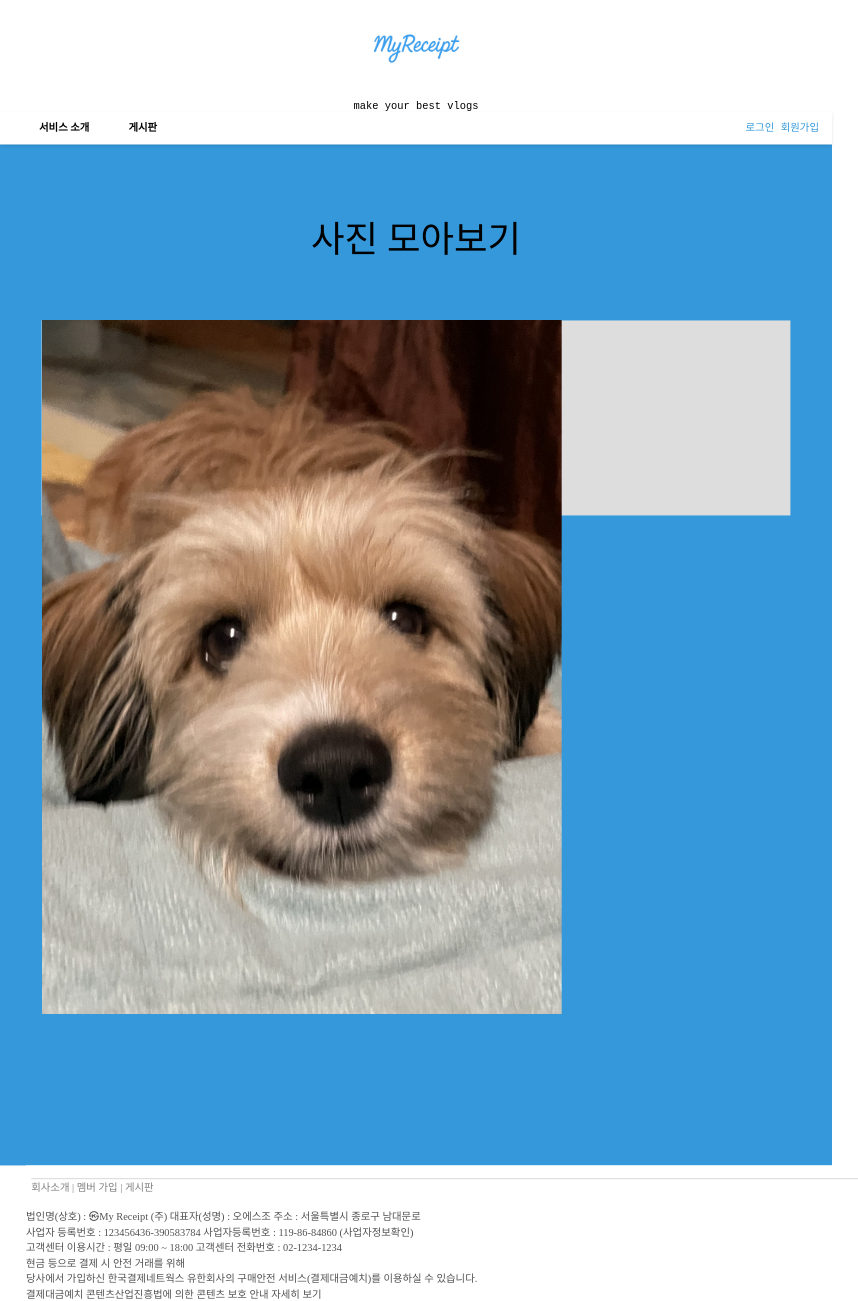
Repository: shong69/mini-project
Page: http://localhost/myReceipt2/index
These files come from the project's save history. The page is drawn as it stood at one moment and after the next save; the edit follows.
The browser window is 1280 px wide. The page is 1320 px wide, so the pictures cover 1320 px, including what lies to the right of the window. The pictures show the whole page, at 65% of full size.
Some web fonts or font styles are not loaded; a fallback is used. The page is served by Tomcat 10. Other server files are loaded and not shown.

Above is the page before, as saved 2025-05-07 01:40:14.

### jspProject/myReceipt2/src/main/webapp/WEB-INF/views/index.jsp
<%@ page language="java" contentType="text/html; charset=UTF-8"
    pageEncoding="UTF-8"%>
<!DOCTYPE html>
<html>
<head>
<meta charset="UTF-8">
<title>My Receipt</title>
<link rel="stylesheet" type="text/css" href="resources/css/main.css">
<link rel="stylesheet" type="text/css" href="//cdn.jsdelivr.net/npm/slick-carousel@1.8.1/slick/slick.css"/>
<style rel="stylesheet">
img{
	width:800px;
}
</style>
<script type="text/javascript" src="resources/js/jquery-3.1.1.min.js"></script>
<script type="text/javascript" src="//cdn.jsdelivr.net/npm/slick-carousel@1.8.1/slick/slick.min.js"></script>
<script type="text/javascript">
$(function(){
	$('#carousel').slick({
		  dots: false,
		  infinite: true,
		  speed: 500,
		  fade: true,
		  cssEase: 'linear',
		  prevArrow:false,
		  nextArrow:false
	});
});

</script>
</head>
<body>
	<jsp:include page="/WEB-INF/views/common/header.jsp"></jsp:include>
	<main>
		<div class="section-title">사진 모아보기</div>
		<!-- 캐러셀 하나 두기 -->
		<div id="carousel">
			<div><img src="resources/imgs/carousel1.jpg"></div>
			<div><img src="resources/imgs/carousel2.jpg"></div>
			<div><img src="resources/imgs/carousel3.jpg"></div>
			<div><img src="resources/imgs/carousel4.jpg"></div>
		</div>
		<div style="height:1000px;"></div>
	</main>
	<jsp:include page="/WEB-INF/views/common/footer.jsp"></jsp:include>
</body>
</html>

### jspProject/myReceipt2/src/main/webapp/WEB-INF/views/common/header.jsp
<%@ page language="java" contentType="text/html; charset=UTF-8"
    pageEncoding="UTF-8"%>
<%@ taglib prefix="c" uri="http://java.sun.com/jsp/jstl/core" %>
	<div id="header">
		<a href="/myReceipt2/index"><img src="resources/imgs/logo.png" style="width:150px;"/></a>
		<p style="font-family: 'Courier New', Courier, monospace;">make your best vlogs</p>
	</div>
	<div id="nav-bar">
		<div id="menu">
			<a href="/myReceipt2/intro">서비스 소개</a>
			<a href="/myReceipt2/board">게시판</a>
		</div>
		<div id="loginSt">
			<c:choose>
				<c:when test="${not empty sessionScope.loginMember}">
					<p>${sessionScope.loginMember.nickName}님이 로그인 중</p>
					<a href="/myReceipt2/logout">로그아웃</a>

				</c:when>
				<c:otherwise>
					<a href="/myReceipt2/login">로그인</a>
					<a href="/myReceipt2/signup">회원가입</a>
				</c:otherwise>
			</c:choose>
		</div>

	</div>

### jspProject/myReceipt2/src/main/webapp/WEB-INF/views/common/footer.jsp
<%@ page language="java" contentType="text/html; charset=UTF-8"
    pageEncoding="UTF-8"%>
	<footer class="footer">
	    <section>
	        <div class="footer-nav">
	            <a href="/">회사소개 |</a>
	            <a href="/signup">멤버 가입 |</a>
	            <a href="/">게시판</a>
	        </div>
	    </section>
	    <section>
	        <div>
	            법인명(상호) : ㉿My Receipt (주) 대표자(성명) : 오에스조 주소 : 서울특별시 종로구 남대문로 <br>
	            사업자 등록번호 : 123456436-390583784  사업자등록번호 : 119-86-84860 (사업자정보확인)<br>
	            고객센터 이용시간 : 평일 09:00 ~ 18:00  고객센터 전화번호 : 02-1234-1234
	        </div>

	        <div>
	            현금 등으로 결제 시 안전 거래를 위해<br>
	            당사에서 가입하신 한국결제네트웍스 유한회사의 구매안전 서비스(결제대금예치)를 이용하실 수 있습니다.<br>
	            결제대금예치 콘텐츠산업진흥법에 의한 콘텐츠 보호 안내 자세히 보기
	        </div>
	    </section>
	</footer>

### jspProject/myReceipt2/src/main/java/com/project/jsp/controller/IndexController.java
package com.project.jsp.controller;

import java.io.IOException;

import jakarta.servlet.ServletException;
import jakarta.servlet.http.HttpServlet;
import jakarta.servlet.http.HttpServletRequest;
import jakarta.servlet.http.HttpServletResponse;

public class IndexController extends HttpServlet{
	@Override
	protected void doGet(HttpServletRequest req, HttpServletResponse resp) throws ServletException, IOException {
        String path = req.getServletPath(); // 요청 URL 패턴을 얻음

        if ("/index".equals(path)) {
        	req.getRequestDispatcher("/WEB-INF/views/index.jsp").forward(req, resp);
        } else if ("/intro".equals(path)) {
        	req.getRequestDispatcher("/WEB-INF/views/intro.jsp").forward(req, resp);
        } else {
        	resp.sendError(HttpServletResponse.SC_NOT_FOUND);
        }
	}

}

### jspProject/myReceipt2/src/main/webapp/resources/css/main.css
* {
	box-sizing: border-box;
	padding: 0;
	margin: 0;
	font-family: 'main';
}
/* 메인 폰트 */
@font-face {
	font-family: 'main';
	src:
		url('https://fastly.jsdelivr.net/gh/Project-Noonnu/noonfonts_2107@1.1/Pretendard-Regular.woff')
		format('woff');
	font-style: normal;
	font-weight: 400;
}

/*header*/
#header {
	width: 100%;
	text-align: center;
}

#header>div:first-child {
	margin-bottom: 15px;
}

#nav-bar {
	line-height: 50px;
	height: 50px;
	position: sticky;
	top: 0;
	left: 0;
	background-color: white;
	z-index: 1000;
	box-shadow: 0 2px 5px rgba(0, 0, 0, 0.1);
	display:flex;
	flex-direction:row;
}

#loginSt {
	margin-left:auto;
	margin-right:20px;
	display:flex;
	flex-direction:row;
}

#loginSt a {
	margin-left: 10px;
	color: #3498db;
	text-decoration: none;
}

#menu {
	margin-left:40px;
	display: flex;
	gap: 20px;
}

#menu a {
	text-decoration: none;
	color: black;
	font-weight: bold;
	padding: 0 20px;
	border-radius:15px;
	position: relative;
	overflow: hidden;
	transition: background-color 0.5s ease;
}

#menu a:hover {
	background-color: #335085;
	animation-duration: 2s;
	color: whitesmoke;
}

main {
	background-color: #3498db;
	display: flex;
	flex-direction: column;
	align-items: center;
	min-height:500px;
}

.section-title {
	font-size: 3.5rem;
	margin: 100px 0 70px 0;
}

#carousel {
	width: 90%;
	height: 300px;
	background-color: #ddd;
	margin-top: 20px;
}
/*footer*/
.footer {
	background-color: white;
	width: 100%;
	height: auto;
	display: flex;
	flex-direction: column;
	padding-top: 20px;
	margin: 0 40px;
}

.footer>section:first-child {
	border-top: 1px solid #c5c5c5;
	display: flex;
	flex-direction: row;
	margin-left: 8px;
}

.footer>section a {
	color: gray;
	text-decoration: none;
}

.footer>section:nth-child(2) {
	padding-top: 20px;
	color: rgb(83, 83, 83);
}

Loaded but not shown: jspProject/myReceipt2/src/main/webapp/resources/js/jquery-3.1.1.min.js (library)

After the next save:
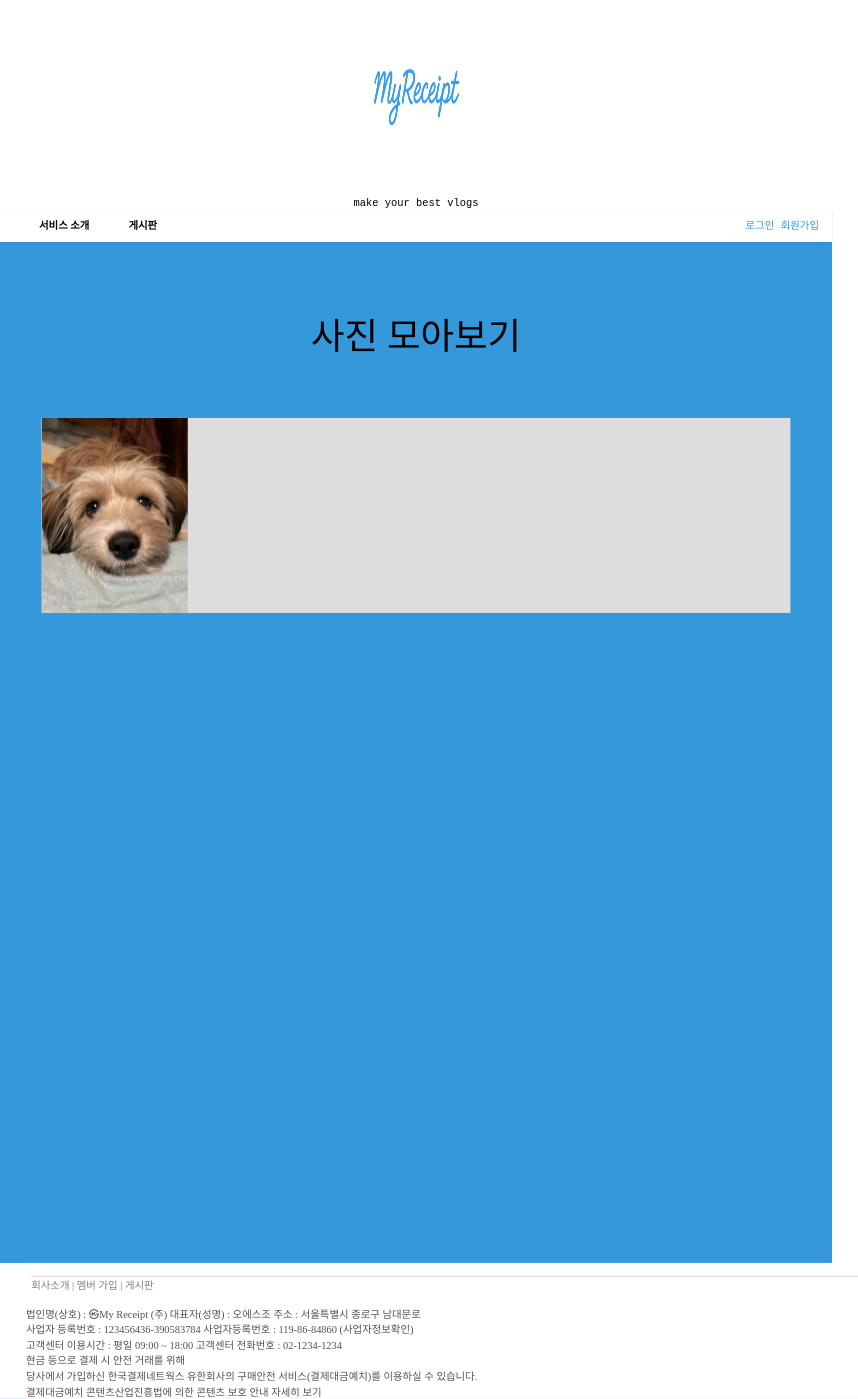
Saved 17 s later.
--- a/jspProject/myReceipt2/src/main/webapp/WEB-INF/views/index.jsp
+++ b/jspProject/myReceipt2/src/main/webapp/WEB-INF/views/index.jsp
@@ -9,7 +9,7 @@
 <link rel="stylesheet" type="text/css" href="//cdn.jsdelivr.net/npm/slick-carousel@1.8.1/slick/slick.css"/>
 <style rel="stylesheet">
 img{
-	width:800px;
+	height:300px;
 }
 </style>
 <script type="text/javascript" src="resources/js/jquery-3.1.1.min.js"></script>
